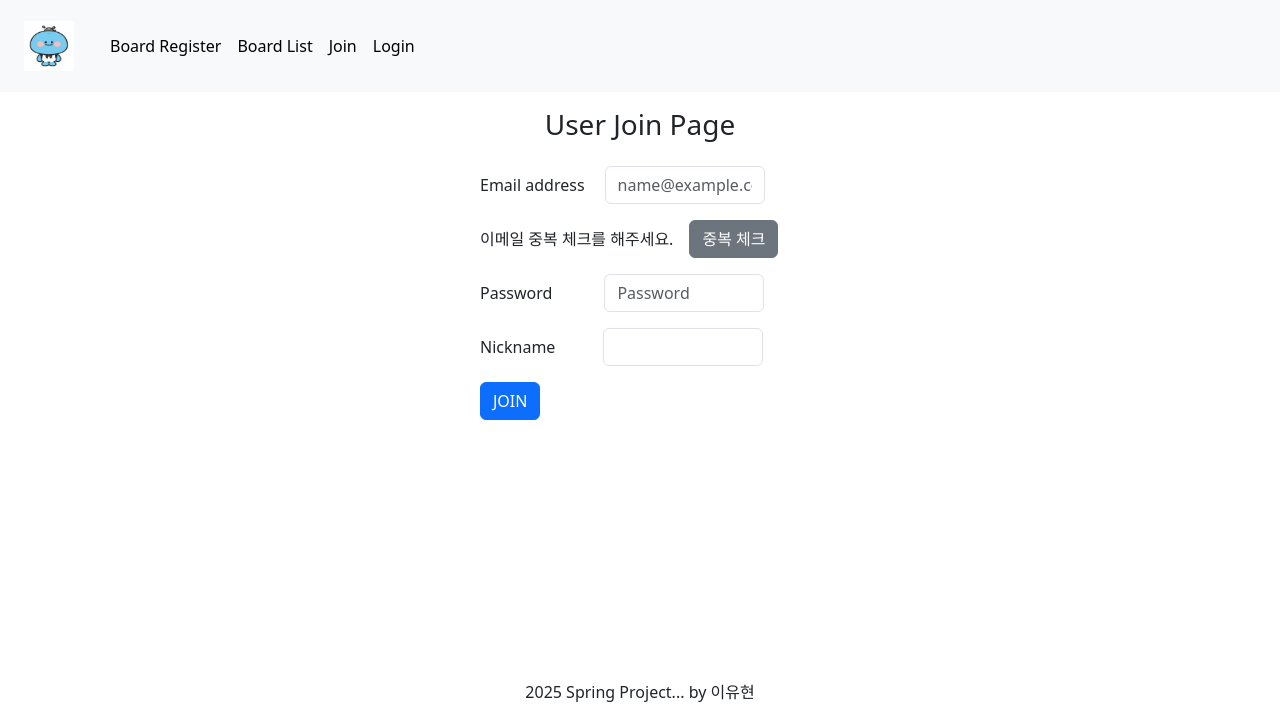
Repository: LeeYouHyeon/6.Spring
Page: http://localhost/spring_project/WEB-INF/views/user/register.jsp
These files come from the project's save history. The page is drawn as it stood at one moment and after the next save; the edit follows.
The browser window is 1280 px wide. The pictures show the whole page.
The page is served by Tomcat 9. Nobody is signed in. Other server files are loaded and not shown. The template is opened directly, without the code that normally fills it, so the values that code supplies are empty.

Above is the page before, as saved 2025-06-10 06:24:12.

### spring_project/src/main/webapp/WEB-INF/views/user/register.jsp
<%@ page language="java" contentType="text/html; charset=UTF-8" pageEncoding="UTF-8"%>
<%@ include file="../layout/header.jsp"%>
<%@ taglib uri="http://java.sun.com/jsp/jstl/core" prefix="c"%>

<div class="w-25 mt-3 mx-auto">
	<h3 class="text-center">User Join Page</h3>
	<form action="/user/register" method="post" class="container mt-3 px-0">
		<div class="mt-4 mb-3 d-flex align-items-center">
			<div class="me-3 pe-1">Email address</div>
			<div class="w-50 me-3">
				<input type="text"
					class="form-control"
					id="email"
					name="email"
					placeholder="name@example.com"
					required>
			</div>
		</div>
		<div class="mb-3 d-flex align-items-center">
			<div id="emailCheckStmt">이메일 중복 체크를 해주세요.</div>
			<button type="button" id="emailCheckBtn" class="btn btn-secondary ms-3">중복 체크</button>
		</div>
		<div class="mb-3 d-flex align-items-center">
			<div class="me-5 pe-1">Password</div>
			<div class="w-50 me-3">
				<input type="text"
					class="form-control"
					id="pwd"
					name="pwd"
					placeholder="Password"
					required>
			</div>
		</div>
		<div class="mb-3 d-flex align-items-center">
			<div class="me-5">Nickname</div>
			<div class="w-50 me-3">
				<input type="text"
					class="form-control"
					id="nickName"
					name="nickName">
			</div>
		</div>
		<button type="submit" class="btn btn-primary">JOIN</button>
	</form>
</div>

<%@ include file="../layout/footer.jsp"%>

### spring_project/src/main/webapp/WEB-INF/views/layout/header.jsp
<%@ page language="java" contentType="text/html; charset=UTF-8" pageEncoding="UTF-8"%>
<!DOCTYPE html>
<html>
<head>
<meta charset="UTF-8">
<title>Spring Project</title>
<link rel="stylesheet" href="/resources/dist/css/bootstrap.min.css">
<script type="text/javascript" src="/resources/dist/js/bootstrap.bundle.min.js"></script>
</head>
<body>
	<nav class="navbar navbar-expand-lg bg-body-tertiary">
		<div class="container-fluid">
			<nav class="navbar bg-body-tertiary">
				<div class="container">
					<a class="navbar-brand" href="/">
						<img src="/resources/image/logo.jpg" alt="Bootstrap" width="50" height="50">
					</a>
				</div>
			</nav>
			<button class="navbar-toggler"
				type="button"
				data-bs-toggle="collapse"
				data-bs-target="#navbarSupportedContent"
				aria-controls="navbarSupportedContent"
				aria-expanded="false"
				aria-label="Toggle navigation">
				<span class="navbar-toggler-icon"></span>
			</button>
			<div class="collapse navbar-collapse" id="navbarSupportedContent">
				<ul class="navbar-nav me-auto mb-2 mb-lg-0">
					<li class="nav-item"><a class="nav-link active" aria-current="page" href="/board/register">Board Register</a></li>
					<li class="nav-item"><a class="nav-link active" aria-current="page" href="/board/list">Board List</a></li>
					<li class="nav-item"><a class="nav-link active" aria-current="page" href="/user/register">Join</a></li>
					<li class="nav-item"><a class="nav-link active" aria-current="page" href="/user/login">Login</a></li>
				</ul>
			</div>
		</div>
	</nav>

### spring_project/src/main/webapp/WEB-INF/views/layout/footer.jsp
<%@ page language="java" contentType="text/html; charset=UTF-8"
	pageEncoding="UTF-8"%>

<div class="position-absolute start-50 top-100 pb-3"
	style="transform: translate(-50%, -100%);">2025 Spring Project... by 이유현</div>
</body>
</html>

Loaded but not shown: spring_project/src/main/webapp/resources/dist/css/bootstrap.min.css (library); spring_project/src/main/webapp/resources/dist/js/bootstrap.bundle.min.js (library)

After the next save:
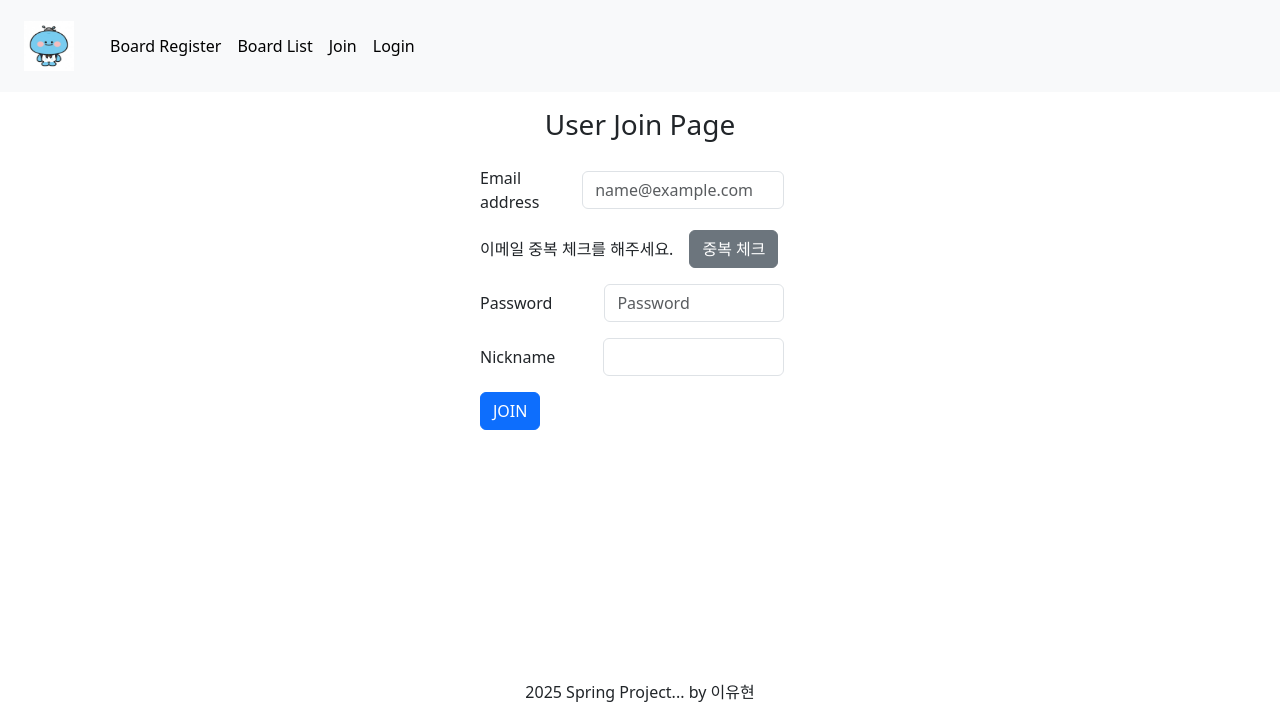
Saved 39 s later.
--- a/spring_project/src/main/webapp/WEB-INF/views/user/register.jsp
+++ b/spring_project/src/main/webapp/WEB-INF/views/user/register.jsp
@@ -7,7 +7,7 @@
 	<form action="/user/register" method="post" class="container mt-3 px-0">
 		<div class="mt-4 mb-3 d-flex align-items-center">
 			<div class="me-3 pe-1">Email address</div>
-			<div class="w-50 me-3">
+			<div class="me-3">
 				<input type="text"
 					class="form-control"
 					id="email"
@@ -22,7 +22,7 @@
 		</div>
 		<div class="mb-3 d-flex align-items-center">
 			<div class="me-5 pe-1">Password</div>
-			<div class="w-50 me-3">
+			<div class="me-3">
 				<input type="text"
 					class="form-control"
 					id="pwd"
@@ -33,7 +33,7 @@
 		</div>
 		<div class="mb-3 d-flex align-items-center">
 			<div class="me-5">Nickname</div>
-			<div class="w-50 me-3">
+			<div class="me-3">
 				<input type="text"
 					class="form-control"
 					id="nickName"
